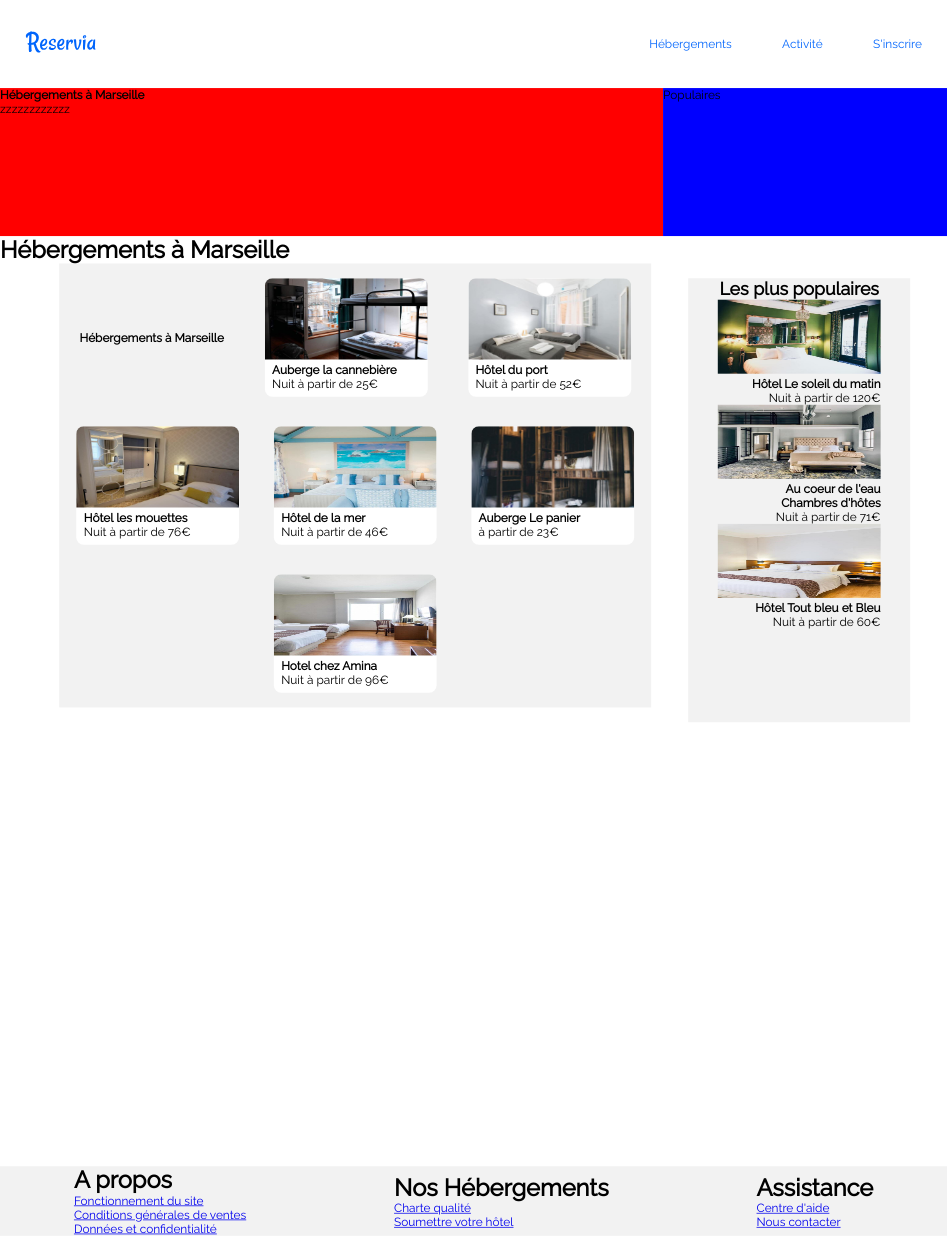
Repository: SoumareHarona/Soumaraharona_P2_18052021
Page: reservia.html
These files come from the project's save history. The page is drawn as it stood at one moment and after the next save; the edit follows.
The browser window is 1280 px wide. The pictures show the whole page, at 74% of full size.

Above is the page before, as saved 2021-06-14 16:03:54.

### reservia.html
<!DOCTYPE html>
<html lang="fr">
    <head>
        <link rel="preconnect" href="https://fonts.gstatic.com">
        <link href="https://fonts.googleapis.com/css2?family=Raleway:wght@100&display=swap" rel="stylesheet">
        <meta charset="utf-8">
        <title>Réservia</title>
        <link rel="stylesheet" href="style.css">
        <link rel="icon" type="image/png" sizes="16x16" href="images/logo/Reservia@3x.png">
    </head>

    <body>
        <header>

            <nav class="navbar">
                <ul>
                    <li class="navbar-logo"><a href="#"><img class="logo" src="images/logo/Reservia.svg"></a></li>
                    <li class="=navbar-links"><a href="#">Hébergements</a></li>
                    <li class="navbar-links"><a href="#">Activité</a></li>
                    <li class="navbar-links"><a href="#">S'inscrire</a></li>
                </ul>
            </nav>

        </header>

        <div class="hebEtPop">
            <div class="heb" style="background-color: red;">
                <p class="titre"><b>Hébergements à Marseille</b></p>
                <div class="cards" style="display: flex;">

                    <div class="card">zzz</div>
                    <div class="card">zzz</div>
                    <div class="card">zzz</div>
                    <div class="card">zzz</div>

                </div>

            </div>
            <div class="pop" style="background-color: blue;height: 200px;">Populaires</div>
        </div>

        <div><h1>Hébergements à Marseille</h1></div>


            <div id="hebergements">
                <div class="titre"><p><b>Hébergements à Marseille</b></p></div>
                <div class="items">
                    <a href="#"><img class="mosaique" src="images/hebergements/4_small/marcus-loke-WQJvWU_HZFo-unsplash.jpg" alt="" ></a>
                    <p><b>Auberge la cannebière</b><br>Nuit à partir de 25€</p>
                </div>

                <div class="items">
                    <a href="#"><img class="mosaique" src="images/hebergements/4_small/fred-kleber-gTbaxaVLvsg-unsplash.jpg" alt="" ></a>
                    <p><b>Hôtel du port</b><br> Nuit à partir de 52€</p>
                </div>

                <div class="items">
                    <a href="#"><img class="mosaique" src="images/hebergements/4_small/reisetopia-B8WIgxA_PFU-unsplash.jpg" alt="" ></a>
                    <p><b>Hôtel les mouettes</b><br>Nuit à partir de 76€</p>
                </div>

                <div class="items">
                    <a href="#"><img class="mosaique" src="images/hebergements/4_small/annie-spratt-Eg1qcIitAuA-unsplash.jpg" alt="" ></a>
                    <p><b>Hôtel de la mer</b> <br> Nuit à partir de 46€</p>
                </div>

                <div class="items">
                    <a href="#"><img class="mosaique" src="images/hebergements/4_small/nicate-lee-kT-ZyaiwBe0-unsplash.jpg" alt=""  ></a>
                    <p><b>Auberge Le panier</b><br> à partir de 23€</p>
                </div>

                <div class="items">
                    <a href="#"><img class="mosaique" src="images/hebergements/4_small/febrian-zakaria-M6S1WvfW68A-unsplash.jpg" alt="" ></a>
                    <p><b>Hotel chez Amina</b><br> Nuit à partir de 96€</p>
                </div>
            </div>

            <aside>
                <h2>Les plus populaires</h2>
                <div class="item-aside">
                    <a href="#"><img src="images/hebergements/4_small/emile-guillemot-Bj_rcSC5XfE-unsplash.jpg" alt="" height="100" width="220"></a>
                    <p><b>Hôtel Le soleil du matin</b><br>Nuit à partir de 120€</p>
                </div>

                <div class="item-aside">
                    <a href="#"><img src="images/hebergements/4_small/aw-creative-VGs8z60yT2c-unsplash.jpg" alt="" height="100" width="220"></a>
                    <p><b>Au coeur de l'eau</b><br><b>Chambres d'hôtes</b><br>Nuit à partir de 71€</p>
                </div>

                <div class="item-aside">
                    <a href="#"><img src="images/hebergements/4_small/febrian-zakaria-sjvU0THccQA-unsplash.jpg" alt="" height="100" width="220"></a>
                    <p><b>Hôtel Tout bleu et Bleu</b><br>Nuit à partir de 60€</p>
                </div>
        </aside>

        <footer>
            <div id="footer">
                <div class="item-footer">
                    <h1>A propos</h1>
                    <ul>
                        <li><a href="#">Fonctionnement du site</a></li>
                        <li><a href="#">Conditions générales de ventes</a></li>
                        <li><a href="#">Données et confidentialité</a></li>
                    </ul>
                </div>

                <div class="item-footer">
                    <h1>Nos Hébergements</h1>
                    <ul>
                        <li><a href="#">Charte qualité</a></li>
                        <li><a href="#">Soumettre votre hôtel</a></li>
                    </ul>
                </div>

                <div class="item-footer">
                    <h1>Assistance</h1>
                    <ul>
                        <li><a href="#">Centre d'aide</a></li>
                        <li><a href="#">Nous contacter</a></li>
                    </ul>
                </div>
            </div>
        </footer>
    </body>
</html>

### style.css
@import url("https://fonts.googleapis.com/css2?family=Raleway&display=swap");

* {
  margin: 0;
  padding: 0;
  box-sizing: border-box;
  font-family: "Raleway";
}
.navbar ul {
  display: flex;
  width: 100%;
  align-items: center;
  background-color: white;
}

.navbar li {
  list-style-type: none;
  padding: 1.5rem;
  margin: 10px;
}

.navbar a {
  text-decoration: none;
  color: #0065fc;
}
.navbar-logo {
  flex: 1;
  font-size: 1.5rem;
  user-select: none;
}

.navbar-links : :hover {
  background-color: #deebff;
}

.titre {
  display: flex;
  justify-content: flex-start;
  margin: 0;
}
#hebergements {
  display: flex;
  flex-wrap: wrap;
  justify-content: space-around;
  max-width: 800px;
  width: 80%;
  background-color: #f2f2f2;
  margin-left: 80px;
  align-items: center;
  height: 600px;
  border: 30px;
}

.items {
  width: 220px;
  height: 160px;
  background-color: white;
  border-radius: 10px;
  align-items: center;
  border: 20px;
}
.items img {
  width: 220px;
  height: 110px;
  border-top-left-radius: 10px;
  border-top-right-radius: 10px;
}

.items p {
  margin-left: 10px;
}

aside {
  display: flex;
  flex-direction: column;
  float: right;
  height: 600px;
  width: 300px;
  text-align: right;
  margin-top: 20px;
  background-color: #f2f2f2;
  position: relative;
  top: -600px;
  margin-right: 50px;
  align-items: center;
}

.item-footer ul {
  list-style-type: none;
}

.item-footer li {
  align-items: center;
}
#footer {
  display: flex;
  justify-content: space-around;
  flex-wrap: wrap;
  align-items: center;
  background-color: #f2f2f2;
  max-width: 1400px;
  width: 100%;
}

.hebEtPop {
  display: flex;
  flex-wrap: wrap;
}

.heb {
  width: 70%;
}
.pop {
  width: 30%;
}

/* tablet */
@media screen and (min-width: 768px) and (max-width: 1023px) {
  .heb {
    order: 2;
    width: 100%;
  }
  .pop {
    order: 1;
    width: 100%;
  }
}

/* mobile */
@media screen and (max-width: 767px) {
}

/*
@media (max-width: 600px) {
        .navbar ul {
            flex-wrap: wrap;
        }
        .navbar-links {
            width: 100%;
            text-align: center;
        }
        .aside {
            display: flex;
            flex-direction: row;
            width: 100%;

        }

} */

After the next save:
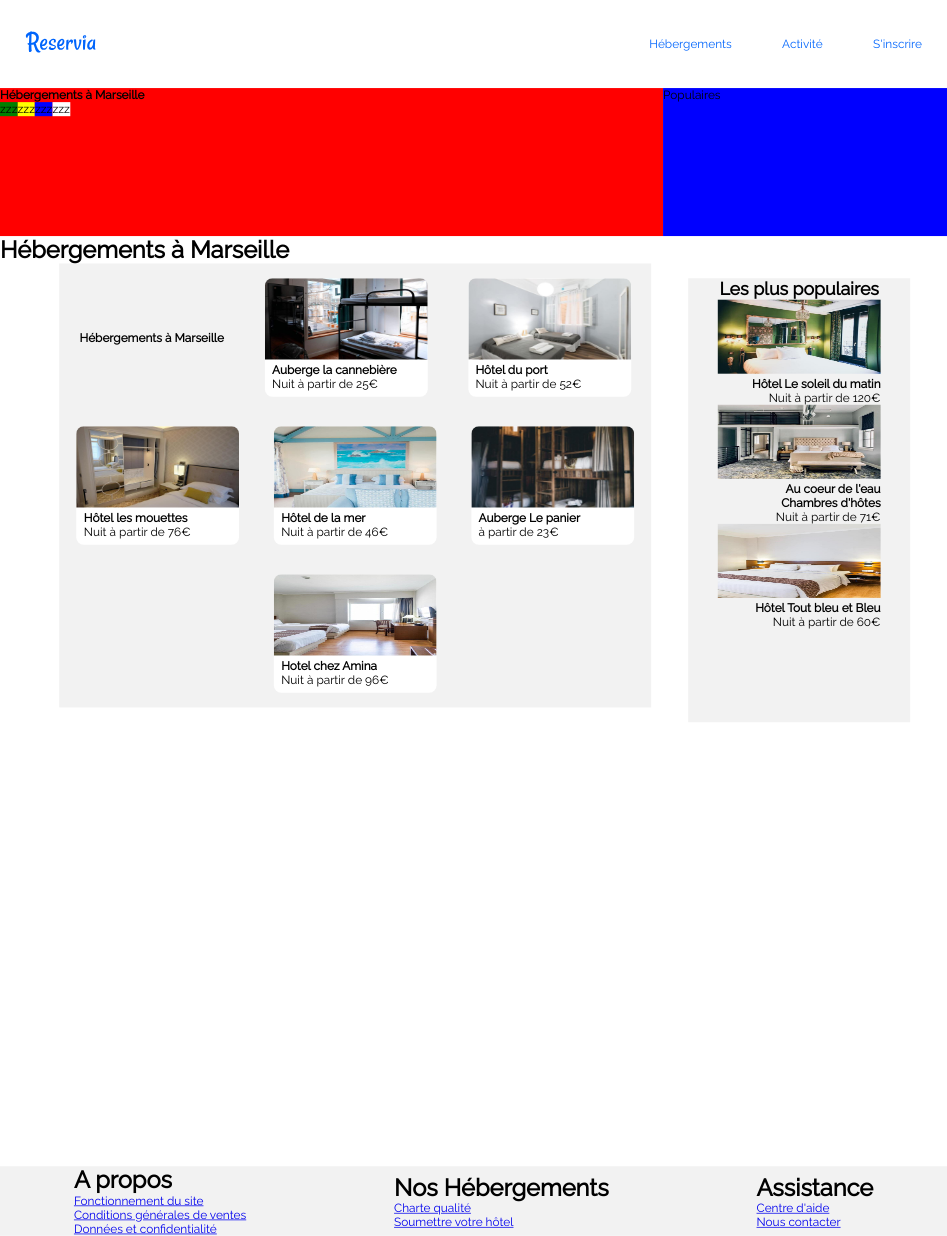
Saved 81 s later.
--- a/reservia.html
+++ b/reservia.html
@@ -28,10 +28,10 @@
                 <p class="titre"><b>Hébergements à Marseille</b></p>
                 <div class="cards" style="display: flex;">
 
-                    <div class="card">zzz</div>
-                    <div class="card">zzz</div>
-                    <div class="card">zzz</div>
-                    <div class="card">zzz</div>
+                    <div class="card" style="background-color: green;">zzz</div>
+                    <div class="card" style="background-color: yellow;">zzz</div>
+                    <div class="card" style="background-color: blue;">zzz</div>
+                    <div class="card" style="background-color: white;">zzz</div>
 
                 </div>
 
